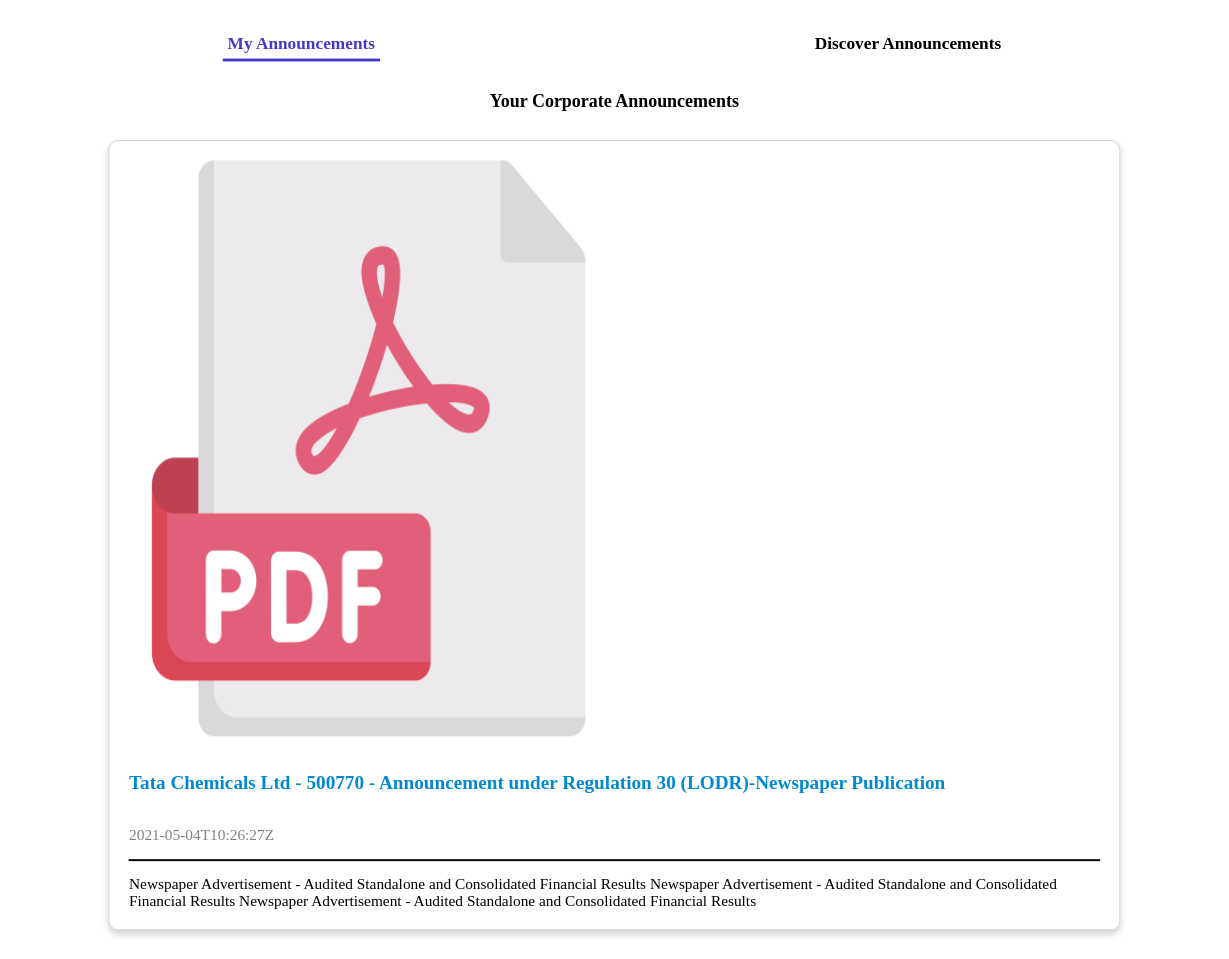
Repository: bhumikagohil/announcements
Page: announcements_tabs/index.html
An editor plug-in stored every save of this project. The page is shown before and after the next save, followed by the edit.
The browser window is 1280 px wide. The pictures show the whole page, at 96% of full size.
The page's requests for data from a server got no answer.

Above is the page before, as saved 2021-05-13 14:05:00.

### announcements_tabs/index.html
<!DOCTYPE html>
<html lang="en">

<head>
    <meta charset="UTF-8">
    <meta name="viewport" content="width=device-width, initial-scale=1.0">
    <meta http-equiv="X-UA-Compatible" content="ie=edge">
    <link href="style.css" rel="stylesheet">

    <title>Corporate Announcements</title>
</head>
<script src="https://ajax.googleapis.com/ajax/libs/jquery/3.5.1/jquery.min.js"></script>

<script src="script.js" defer></script>

<body>

    <div class="container">
        <ul class="tabs">
            <li data-tab-target="#my-announcements" class="active tab">My Announcements</li>
            <li data-tab-target="#discover-announcements" class="tab" id="discover-tab">Discover Announcements</li>
        </ul>

        <div class="tab-content">
            <div id="my-announcements" data-tab-content class="active">
                <div class="container">
                    <h3 class="heading">Your Corporate Announcements</h3>
                </div>

                <div class="container" id="announcements-cards-container">
                    <div class="announcements-card" id=${item.news_id} style="    padding: 20px 20px;
                    box-shadow: 0 4px 8px 0 rgb(0 0 0 / 20%);
                    border: 1px solid #d3d3d3;
                    border-radius: 10px;
                    margin: auto;
                    margin-bottom: 10px;">

                       <img src="pdf.png" alt="Link" width="500" height="600">

                       <h5 class="title" style="    font-size: 1.25rem;
                        ">
                            Tata Chemicals Ltd - 500770 - Announcement under Regulation 30 (LODR)-Newspaper Publication
                        </h5>
                        <p class="time">
                            2021-05-04T10:26:27Z
                        </p>
                        <hr />
                        <div class="summary">
                            Newspaper Advertisement - Audited Standalone and Consolidated Financial Results
                            Newspaper Advertisement - Audited Standalone and Consolidated Financial Results
                            Newspaper Advertisement - Audited Standalone and Consolidated Financial Results

                        </div>
                    </div>
                </div>

            </div>
            <div id="discover-announcements" data-tab-content>
                <!-- Heading -->
                <div class="container">
                    <h3 class="heading">Discover Corporate Announcements</h3>
                </div>
                <!-- Autocomplete Bar -->
                <div class="container">
                    <form autocomplete="off" class="form">
                        <input id="input-field" placeholder="Search companies" type="text">
                        <ul class="autocomplete"></ul>
                    </form>
                </div>
                <!-- Cards Section -->
                <div class="container cards-container" id="discover-cards-container">
                </div>
            </div>

        </div>
    </div>

</body>

</html>

### announcements_tabs/style.css
[data-tab-content] {
  display: none;
}

.active[data-tab-content] {
  display: block;
}

.tabs {
  display: flex;
  justify-content: space-around;
  list-style-type: none;
  margin: 0;
  padding: 0;
}

.tab {
  cursor: pointer;
  padding: 5px;
  font-size: large;
  font-weight: bold;
}


.tab.active {
  color: #443ac8;
  border-bottom: 3px solid #443ac8;
}

.tab:hover {
  color: #443ac8;
}

/* Media Queries */
@media only screen and (max-width: 768px) {
  .tab {
    font-size: 10px;
  }
  .tab.active {
    border-bottom: 2px solid #443ac8;
  }
}

.container {
  width: 100%;
  margin: 30px auto;
}

.heading {
  text-align: center;
}

/*  ANNOUNCEMENTS */

.title {
  color: #0089d0;
}

.announcements-card {
  padding: 20px 20px;
  box-shadow: 0 4px 8px 0 rgba(0, 0, 0, 0.2);
  width: 80%;
  border: 1px solid #d3d3d3;
  border-radius: 10px;
  margin: auto;

  margin-bottom: 10px;
}

.announcements-card:hover {
  box-shadow: 0 8px 16px 0 rgba(0, 0, 0, 0.2);
}

hr {
  display: block;
  border: none;
  height: 2px;
  background-color: #000;
}

.time {
  /* font-size: 14px; */
  color: #858080;
}

.summary {
  overflow-x: auto;
  margin-top: 15px;
  /* font-size: 16px; */
}

/* DISCOVER ANNOUNCEMENTS */

/* Input Bar */
.form {
  width: 100%;
}

#input-field {
  position: absolute;
  width: 80%;
  /* height: 35px; */
  border-right: none;
  padding: 10px;
  border-radius: 4px;
  border: 1px solid #aab7ca;
}

input[type="text" i] {
  font-size: 14px;
}

/* Autocomplete Bar */
.autocomplete {
  width: 100%;
  position: absolute;
  background: #fff;
  list-style-type: none;
  margin-top: 48px;
  padding-left: 0;
  /* margin-left: auto; */
  z-index: 10;
}

.autocomplete-items {
  display: flex;
  padding: 0px 10px;
  cursor: pointer;
  border: 1px solid #d4d4d4;
  border-top: none;
}

.autocomplete-items:hover {
  background-color: #e9e9e9;
}

.autocomplete-title {
  margin-right: 20px;
  font-size: 14px;
}

.add-button {
  width: 50px;
  height: 26px;
  text-align: center;
  cursor: pointer;
  color: #fff;
  background-color: #4caf50;
  margin: auto 0 auto auto;
  border: none;
}

/* Card  */

.cards-container {
  margin-top: 80px;
  z-index: 1;
}
.discover-card {
  padding: 2% 4%;
  box-shadow: 0 4px 8px 0 rgba(0, 0, 0, 0.2);
  border: 1px solid #d3d3d3;
  border-radius: 5px;
  margin: auto;
  margin-bottom: 10px;
  display: flex;
  flex-direction: row;
  justify-content: space-between;
  align-items: center;
}

.status-button {
  position: relative;
  border: none;
  color: white;
  padding: 5px 10px;
  height: 30px;
  width: 70px;
  text-align: center;
  text-decoration: none;
  display: inline-block;
  font-size: 12px;
  cursor: pointer;
  background-color: #f11e0f;
  z-index: 1;
}

/* Loader */
@keyframes spinner {
  to {
    transform: rotate(360deg);
  }
}

.spinner:before {
  content: "";
  position: absolute;
  width: 18px;
  height: 18px;
  margin-top: -10px;
  margin-left: -10px;
  margin-right: -10px;
  border-radius: 50%;
  border-top: 2px solid #fff;
  border-right: 2px solid transparent;
  animation: spinner 0.6s linear infinite;
  z-index: 4;
}

/* @media only screen and (min-width: 425px) {
  .autocomplete {
    width: 77%;
  }
}

@media only screen and (min-width: 768px) {
  .autocomplete {
    width: 78.3%;
  }
}

@media only screen and (min-width: 1024px) {
  .autocomplete {
    width: 78.7%;
  }
}
@media only screen and (min-width: 1440px) {
  .autocomplete {
    width: 79.2%;
  }
} */

### announcements_tabs/script.js
const tabs = document.querySelectorAll("[data-tab-target]");
const tabContents = document.querySelectorAll("[data-tab-content]");

tabs.forEach((tab) => {
  tab.addEventListener("click", () => {
    const target = document.querySelector(tab.dataset.tabTarget);
    tabContents.forEach((tabContent) => {
      tabContent.classList.remove("active");
    });
    tabs.forEach((tab) => {
      tab.classList.remove("active");
    });
    tab.classList.add("active");
    target.classList.add("active");
  });
});

// ANNOUNCEMENTS

const hostname = "165.22.217.142";

const endpoint = `http://localhost:8000/null`;

fetch(endpoint)
  .then(function (response) {
    return response.json();
  })
  .then(function (response) {
    if (response.length < 1) {
      $(".announcements-card").html(
        "You haven't added any companies yet.Please click on discover announcements to add companies to receive corporate announcements "
      );
    } else {
      const newCard = response.map((item) => {
        return `
                      <div class="announcements-card">
                          <h5 class="title"> ${item.title} </h5>
                          <p class="time"> ${item.disseminated_time}</p>
                          <hr/>
                          <div class="summary">
                              ${item.summary}
                          </div>
                      </div>
                  `;
      });

      document
        .querySelector("#announcements-cards-container")
        .insertAdjacentHTML("afterbegin", newCard);
    }
  })
  .catch(function (err) {
    console.log("error: " + err);
  });

// DISCOVER ANNOUNCEMENTS

var query,
  company_cards_present = [];

const min_query_length = 3;
const spinner = `<div class="spinner"></div>`;

$(document).ready(function () {
  $("#input-field").on("input", function () {
    query = $(this).val();
    if (query.length >= min_query_length) {
      //   Fetching Autocomplete Sugguestions
      fetchData(
        `http://${hostname}/corpann/api/autocomplete/?search=${query}`,
        renderAutocompleteItem
      );
    } else {
      $(".autocomplete").empty();
    }
  });
});

// Fetching Followed Companies
$('#discover-tab').one("click", function () {
  // $("#loadingMessage").css('padding-top', '6%');
  console.log("clicked")
});


function fetchFollowedCompanies() {
  fetchData(
    `http://${hostname}/corpann/api/company/following/`,
    renderFollowedCompanies
  );
}

// Render Followed Companies

function renderFollowedCompanies(data) {
  data.map((item) => {
    createCard(item.company_name, item.scrip_id, "Unfollow");
  });
}

// Autocomplete Items

function renderAutocompleteItem(data) {
  var filtered_autocomplete_sugguestions = data.filter(
    (item) => !company_cards_present.includes(item.scrip_id)
  );

  var new_autocomplete_item = filtered_autocomplete_sugguestions
    .map((item) => {
      return `
                      <li class="autocomplete-items" onclick="createCard('${item.company_name}','${item.scrip_id}')">
                      <span  onclick="con('${item.company_name}','${item.scrip_id}')">
                         <p class="autocomplete-title"> ${item.company_name}</p>
                          <button id="${item.scrip_id}" class="add-button" onclick="createCard('${item.company_name}','${item.scrip_id}')">Add</button>
                     </span>
                          </li>
                  `;
    })
    .join("\n");

  $(".autocomplete").empty();

  document
    .querySelector(".autocomplete")
    .insertAdjacentHTML("afterbegin", new_autocomplete_item);
}

// Creating New Card
function createCard(name, id, text) {
  company_cards_present.push(parseInt(id));

  const card = `
                  <div class="discover-card" id="${id}">
                      <h5 class="card-title"> ${name} </h5>
                      <button class="status-button" onclick="removeCard('${id}', this)">
                       ${text || spinner}
                      </button>
                  </div>
              `;

  $(".autocomplete").empty();

  $("#input-field").val("");

  document
    .querySelector("#discover-cards-container")
    .insertAdjacentHTML("afterbegin", card);

  getCompanyStatus(name, id);
}

// Fetching Company Status

function getCompanyStatus(name, id) {
  fetchData(
    `http://${hostname}/corpann/api/follow/?company=${id}`,
    checkStatus
  );
}

function checkStatus(data) {
  if (data.company_status === "Confirmed") {
    $("#" + data.scrip_id)
      .children("button")
      .html("Unfollow");
  } else {
    card = $("#discover-cards-container").children().first();
    card
      .children("button")
      .html("Try again")
      .css("background-color", "#4caf50");
    setTimeout(() => {
      removeGivenCard(card);
    }, 1000);
    company_cards_present.splice(
      company_cards_present.indexOf(card.attr("id")),
      1
    );
  }
}

function removeGivenCard(card) {
  card.remove();
}

// Removing Card on Unfollow

function removeCard(id, obj) {
  $(obj).html(spinner);
  company_cards_present = company_cards_present.filter(function (e) {
    return e !== parseInt(id);
  });
  fetchData(
    `http://${hostname}/corpann/api/unfollow/?company=${id}`,
    checkUnfollowStatus
  );
}

function checkUnfollowStatus(data) {
  if (data.company_status === "Confirmed") {
    $("#" + data.scrip_id).remove();
  } else {
    $("#status-button").html("Unfollow");
  }
}
// Fetch Function

function fetchData(endpoint, onSuccess) {
  fetch(endpoint)
    .then(function (response) {
      return response.json();
    })
    .then(function (response) {
      onSuccess(response.data);
    })
    .catch(function (err) {
      console.log(err);
    });
}

async function postData(url = "", data = {}, onSuccess) {
  // Default options are marked with *
  const response = await fetch(url, {
    method: "POST", // *GET, POST, PUT, DELETE, etc.
    mode: "cors", // no-cors, *cors, same-origin
    cache: "no-cache", // *default, no-cache, reload, force-cache, only-if-cached
    credentials: "same-origin", // include, *same-origin, omit
    headers: {
      "Content-Type": "application/json",
      // 'Content-Type': 'application/x-www-form-urlencoded',
    },
    redirect: "follow", // manual, *follow, error
    referrerPolicy: "no-referrer", // no-referrer, *no-referrer-when-downgrade, origin, origin-when-cross-origin, same-origin, strict-origin, strict-origin-when-cross-origin, unsafe-url
    body: JSON.stringify(data), // body data type must match "Content-Type" header
  })
    .then(function (response) {
      return response.json(); // parses JSON response into native JavaScript objects
    })
    .then(function (response) {
      onSuccess(response.data);
    })
    .catch(function (err) {
      console.log("error: " + err);
    });
}

After the next save:
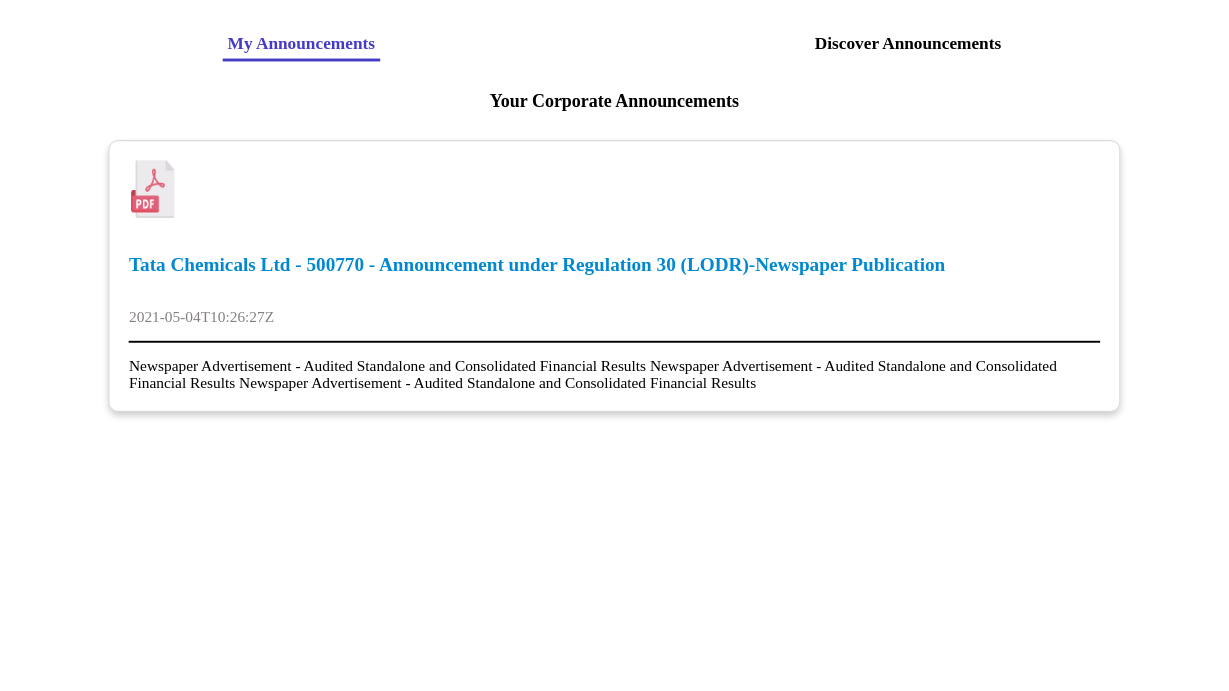
Saved 10 s later.
--- a/announcements_tabs/index.html
+++ b/announcements_tabs/index.html
@@ -35,7 +35,7 @@
                     margin: auto;
                     margin-bottom: 10px;">
 
-                       <img src="pdf.png" alt="Link" width="500" height="600">
+                       <img src="pdf.png" alt="Link" width="50" height="60">
 
                        <h5 class="title" style="    font-size: 1.25rem;
                         ">
